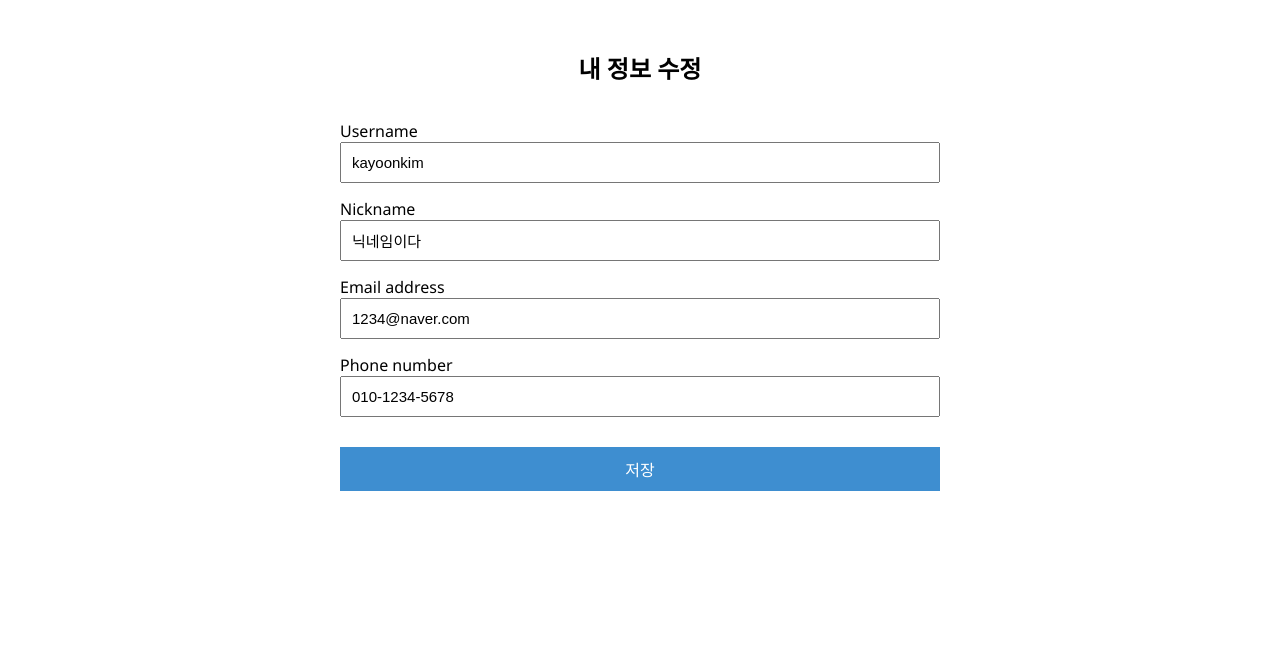
Repository: SSWU-LIKELION-13TH-BE/Django_KimGaYoon
Page: http://localhost/user/mypage/
These files come from the project's save history. The page is drawn as it stood at one moment and after the next save; the edit follows.
The browser window is 1280 px wide. The pictures show the whole page.
The page is served by the project's application, run on Django 5.2 (manage.py). The first stored user is signed in. The page reads the database file committed with the project.

Above is the page before, as saved 2025-05-07 20:04:49.

After the next save:
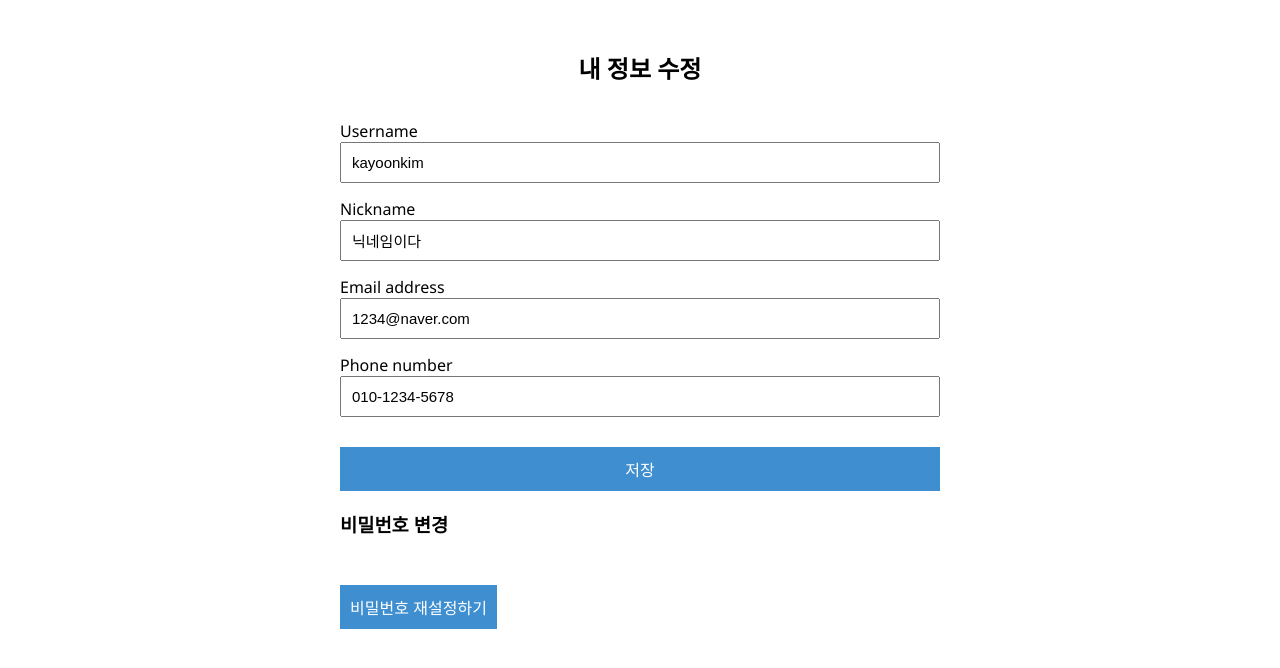
Saved 6 min 14 s later.
--- a/user/templates/mypage.html
+++ b/user/templates/mypage.html
@@ -44,5 +44,9 @@
         {% endfor %}
         <button type="submit">저장</button>
     </form>
+    <h3>비밀번호 변경</h3>
+        <a href="{% url 'password_reset' %}">
+        <button type="button">비밀번호 재설정하기</button>
+</a>
 </body>
 </html>
